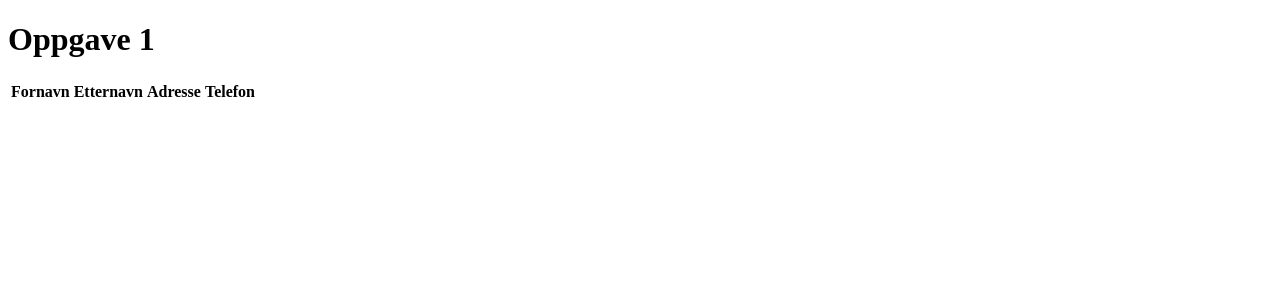
Repository: superdids/DAT152
Page: Oblague1/WebContent/oppgave01.html
These files come from the project's save history. The page is drawn as it stood at one moment and after a run of saves; the edit follows.
The browser window is 1280 px wide. The pictures show the whole page.

Above is the page before, as saved 2015-09-22 17:39:32.

After the next 2 saves:
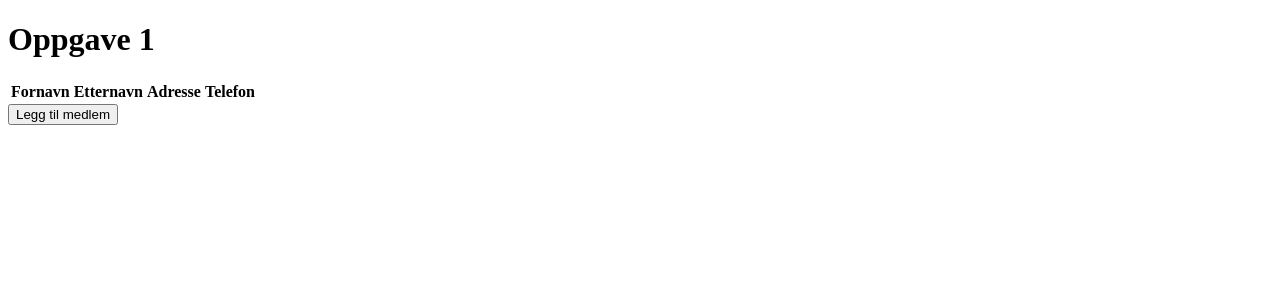
The 2 saves are shown as one change because they came seconds apart.
The last was saved 45 s later.
--- a/Oblague1/WebContent/oppgave01.html
+++ b/Oblague1/WebContent/oppgave01.html
@@ -17,6 +17,7 @@
 		<th></th>
 	</tr>
 </table>
+<input type="button" value="Legg til medlem" onclick="addMember()" />
 
 </body>
 </html>
